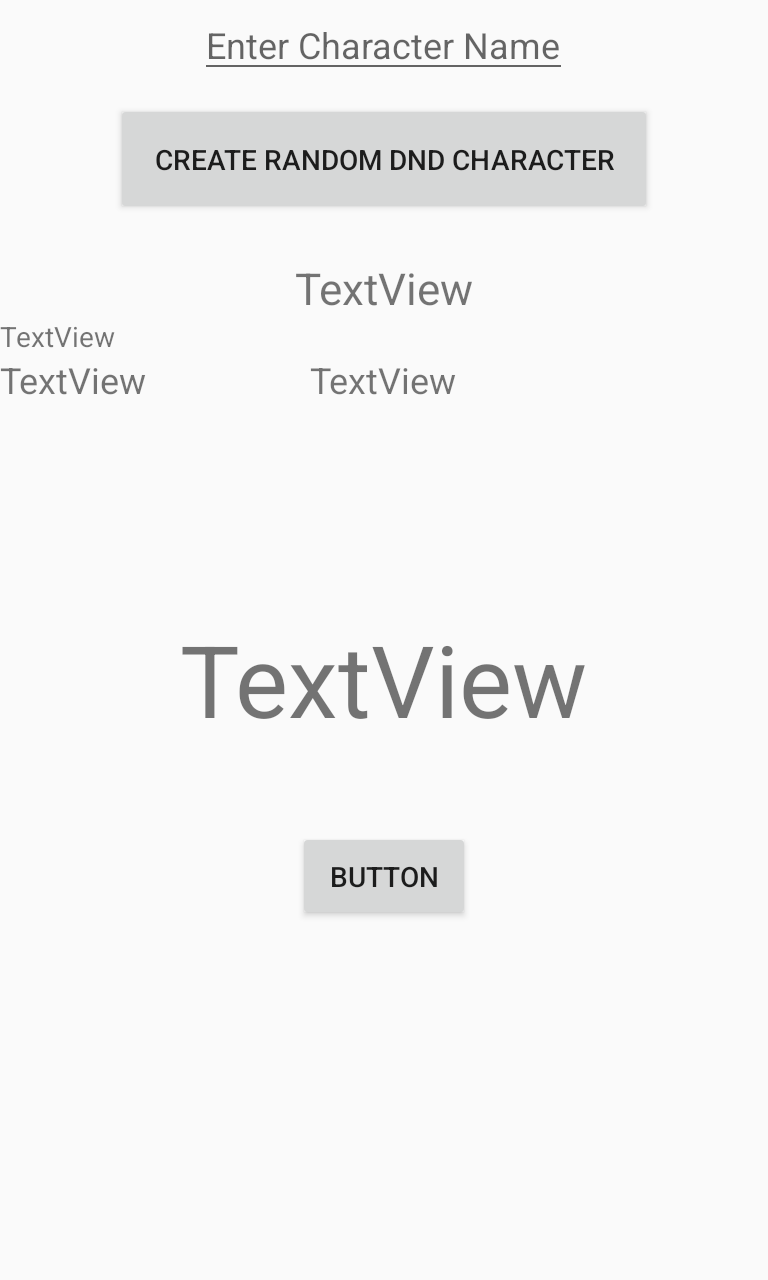
Repository: Vortelf/DnDAndroid
Layout: BuildApp/DnD/res/layout/activity_random_char.xml
An editor plug-in stored every save of this project. The layout is shown before and after the next save, followed by the edit.
It is drawn on a 768 x 1280 px phone screen (xhdpi) without system bars, with theme AppTheme; the app's code is not run.

Above is the layout before, as saved 2014-11-09 05:15:03.

After the next save:
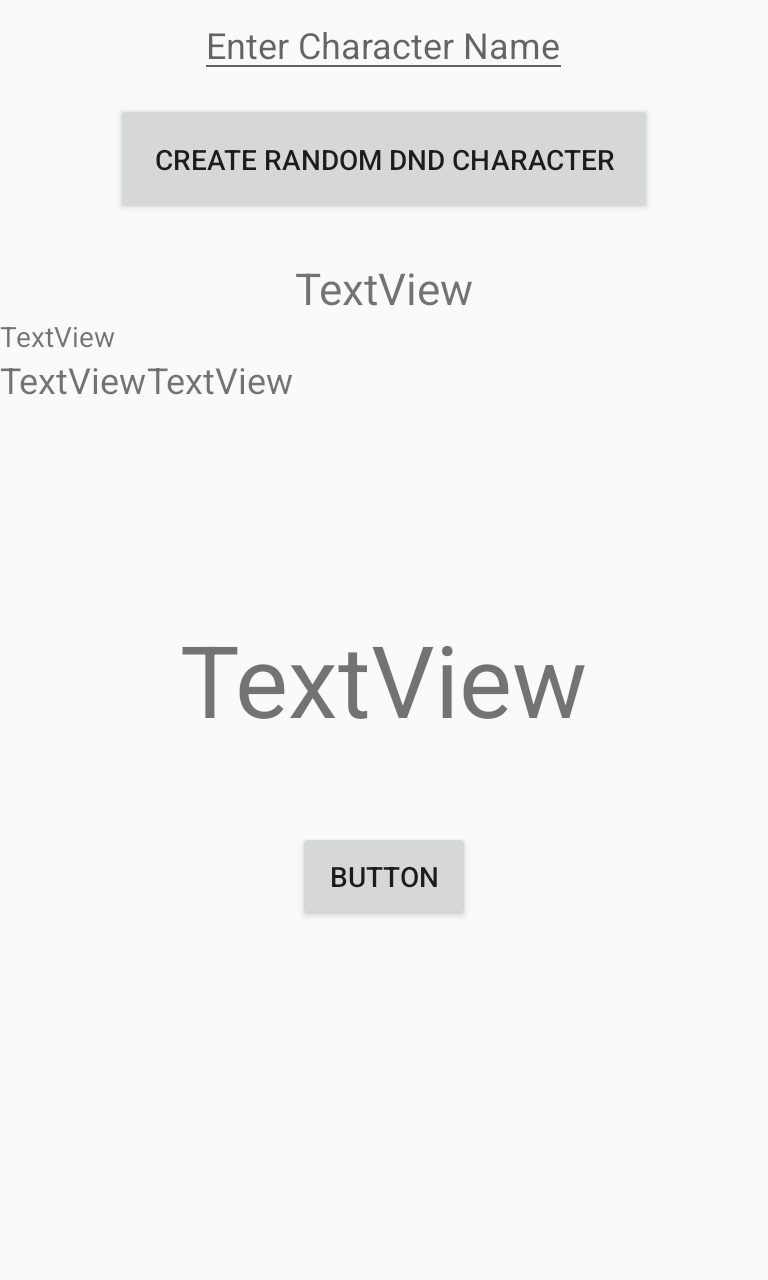
Saved 42 s later.
--- a/BuildApp/DnD/res/layout/activity_random_char.xml
+++ b/BuildApp/DnD/res/layout/activity_random_char.xml
@@ -66,7 +66,7 @@
 	        android:layout_width="wrap_content"
 	        android:layout_height="wrap_content"
 	        android:layout_alignBaseline="@+id/CharStats"
-	        android:layout_alignRight="true"
+	        android:layout_toRightOf="@+id/CharStats"
 			android:layout_centerHorizontal="true"
 			android:layout_marginTop="25dp"
 	        android:textSize="18sp"
